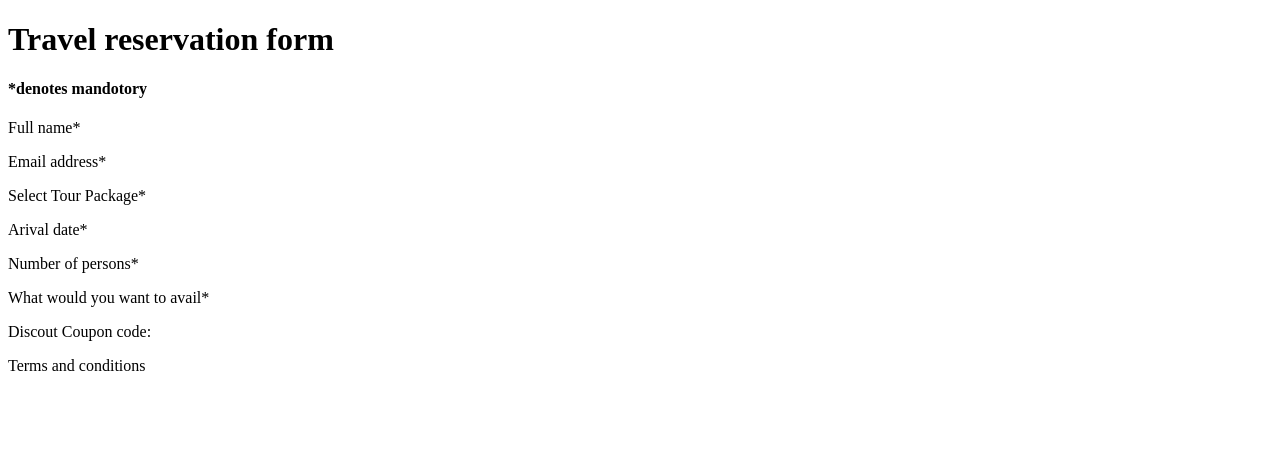
Repository: PhamChiXuan1/HTCNW_tuan3_DHCNTT16C_PhamChiXuan_20030131
Page: bt16.html
The author's editor kept a copy of each file at every save. The page is drawn from the files as they stood at one save, then again after the next save.
The browser window is 1280 px wide. The pictures show the whole page.

Above is the page before, as saved 2022-02-27 23:25:11.

### bt16.html
<!DOCTYPE html>
<html lang="en">
<head>
    <meta charset="UTF-8">
    <meta http-equiv="X-UA-Compatible" content="IE=edge">
    <meta name="viewport" content="width=device-width, initial-scale=1.0">
    <title>Document</title>
</head>
<body>
    <H1>Travel reservation form</H1>
    <H4>*denotes mandotory</H4>
    <P>Full name*</P>
    <P>Email address*</P>
    <P>Select Tour Package*</P>
    <P>Arival date*</P>
    <P>Number of persons*</P>
    <P>What would you want to avail*</P>
    <P>Discout Coupon code:</P>
    <P>Terms and conditions</P>
</body>
</html>

After the next save:
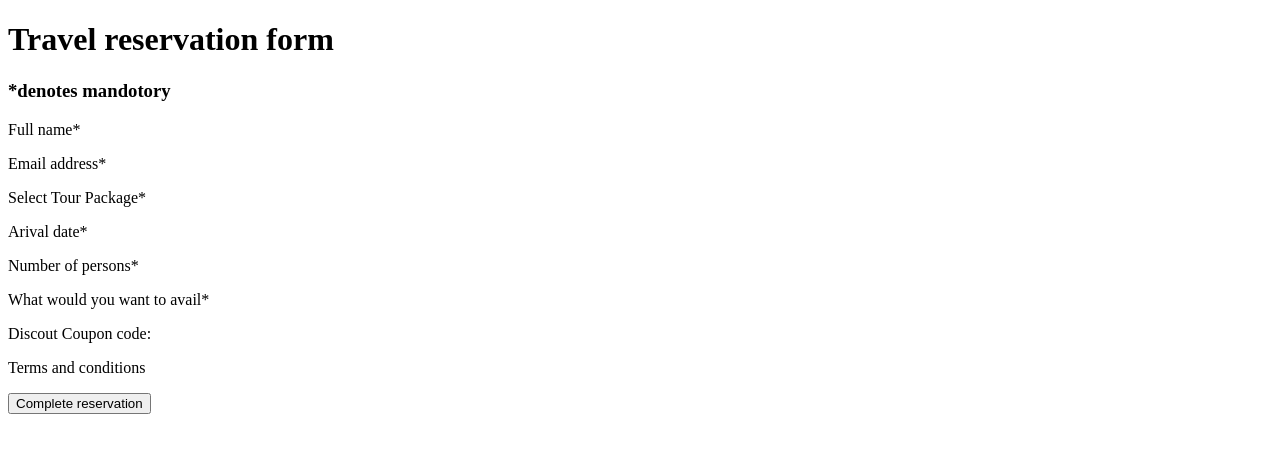
Saved 5 min 34 s later.
--- a/bt16.html
+++ b/bt16.html
@@ -8,7 +8,7 @@
 </head>
 <body>
     <H1>Travel reservation form</H1>
-    <H4>*denotes mandotory</H4>
+    <H3>*denotes mandotory</H3>
     <P>Full name*</P>
     <P>Email address*</P>
     <P>Select Tour Package*</P>
@@ -17,5 +17,8 @@
     <P>What would you want to avail*</P>
     <P>Discout Coupon code:</P>
     <P>Terms and conditions</P>
+    <form>
+        <input type="submit" value="Complete reservation">
+    </form>
 </body>
 </html>
